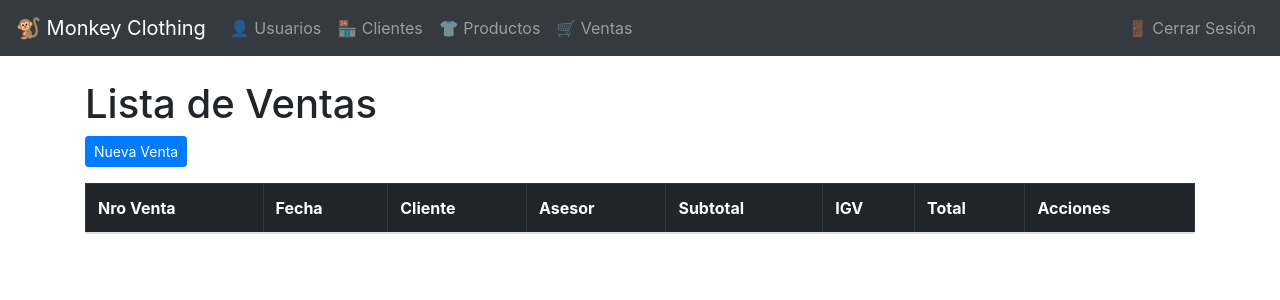
Repository: ZjhonzGz/MonkeyClothing
Page: http://localhost/venta/index
An editor plug-in stored every save of this project. The page is shown before and after the next save, followed by the edit.
The browser window is 1280 px wide. The pictures show the whole page.
The page is this project's Thymeleaf template; nobody is signed in. The template is opened directly, without the code that normally fills it, so the values that code supplies are empty.

Above is the page before, as saved 2026-02-21 20:45:43.

After the next save:
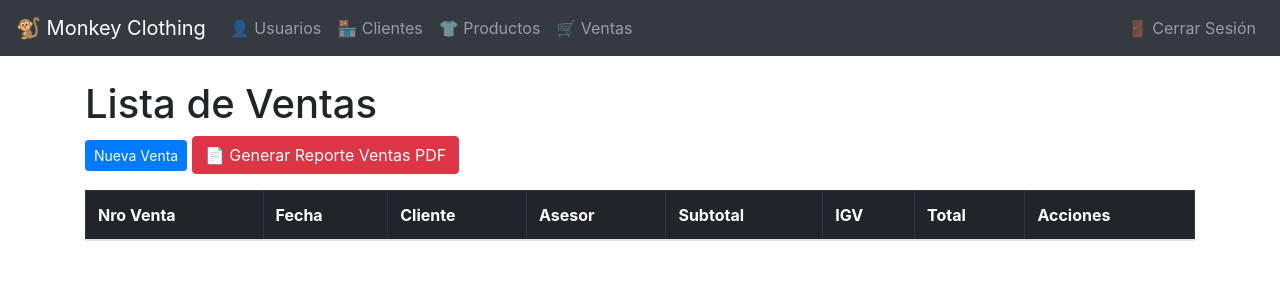
Saved 91 s later.
--- a/Monkey Clothing/monkeyclothing/src/main/resources/templates/venta/index.html
+++ b/Monkey Clothing/monkeyclothing/src/main/resources/templates/venta/index.html
@@ -12,6 +12,11 @@
 <div class="container mt-4">
     <h1>Lista de Ventas</h1>
     <a th:href="@{/venta/new}" class="btn btn-primary btn-sm mb-3">Nueva Venta</a>
+
+	<a th:href="@{/reportes/ventas/pdf}" target="_blank"
+	   class="btn btn-danger mb-3">
+	   📄 Generar Reporte Ventas PDF
+	</a>
 
     <table class="table table-striped table-bordered">
         <thead class="table-dark">
